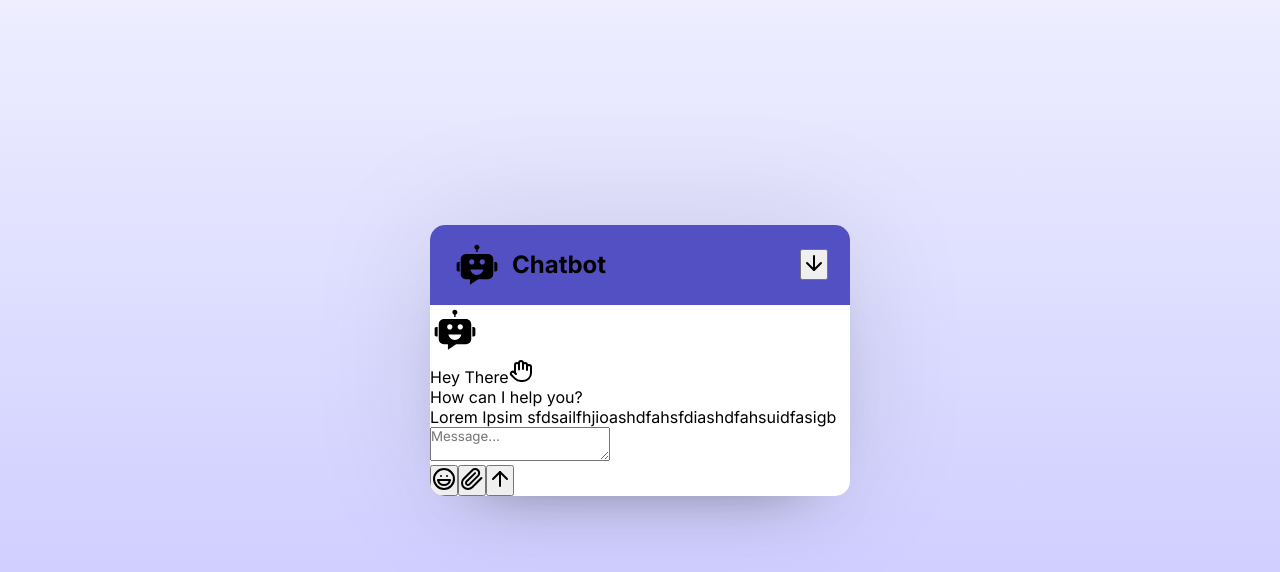
Repository: guilhermecardoso93/ai-bot
Page: /
These files come from the project's save history. The page is drawn as it stood at one moment and after the next save; the edit follows.
The browser window is 1280 px wide. The pictures show the whole page.
The project was rebuilt for these pictures with package versions that can differ from the ones it lists, and the page was loaded fresh each time. Also part of the build but not shown: vite.config.js.

Above is the page before, as saved 2024-11-11 20:17:44.

### index.html
<!doctype html>
<html lang="en">

<head>
    <meta charset="UTF-8" />
    <link rel="icon" type="image/svg+xml" href="/vite.svg" />
    <link rel="preconnect" href="https://fonts.googleapis.com">
    <link rel="preconnect" href="https://fonts.gstatic.com" crossorigin>
    <link href="https://fonts.googleapis.com/css2?family=Inter:ital,opsz,wght@0,14..32,100..900;1,14..32,100..900&family=Outfit:wght@100..900&display=swap" rel="stylesheet">
    <meta name="viewport" content="width=device-width, initial-scale=1.0" />
    <title>Ai ChatBot</title>
</head>

<body>
    <div id="root"></div>
    <script type="module" src="/src/main.jsx"></script>
</body>

</html>

### src/index.css
:root {
  font-synthesis: none;
  text-rendering: optimizeLegibility;
  -webkit-font-smoothing: antialiased;
  -moz-osx-font-smoothing: grayscale;
}

* {
  padding: 0;
  margin: 0;
  box-sizing: border-box;
  font-family: "Inter", serif;
  font-optical-sizing: auto;
  font-style: normal;
}

body {
  display: flex;
  align-items: center;
  justify-content: center;
  min-height: 100vh;
  background: linear-gradient(#eeeeff, #c8c7ff);
}

.chatbot-popup {
  width: 420px;
  background: #ffff;
  overflow: hidden;
  border-radius: 15px;
  box-shadow: 0 0 128px rgba(0, 0, 0, 0.1), 0 32px 64px -48px rgba(0, 0, 0, 0.5);
}

.chat-header {
  display: flex;
  align-items: center;
  background-color: #5350c4;
  padding: 15px 22px;
  justify-content: space-between;
}

.chat-header .header-info {
  display: flex;
  align-items: center;
  gap: 10px;
}

### src/App.jsx
import { Main } from "./components/Main";

export function App() {
  return (
    <>
      <Main />
    </>
  );
}

### src/components/Main.jsx
import { Hand, ArrowDown, Laugh, Paperclip, ArrowUp } from "lucide-react";
import Logo from "../assets/logo.svg";

export function Main() {
  return (
    <div className="chatbot-popup">
      {/* Header */}
      <div className="chat-header">
        <div className="header-info">
          <img src={Logo} alt="" className="logo"/>
          <h2 className="logo-text">Chatbot</h2>
        </div>
        <button className="material-symbols-rounded">
          <ArrowDown />
        </button>
      </div>

      {/* Body */}
      <div className="chat-body">
        <div className="message bot-message">
          <div className="message-text">
            <img src={Logo} alt="" />
            <p className="message-text">
              Hey There
              <Hand />
            </p>
            <p>How can I help you?</p>
          </div>
          <div className="message-user">
            <p className="message-text">
              Lorem Ipsim sfdsailfhjioashdfahsfdiashdfahsuidfasigb
            </p>
          </div>
        </div>
      </div>

      {/* Footer */}
      <div className="chat-footer">
        <form action="" className="chat-form">
          <textarea
            placeholder="Message..."
            className="message-input"
          ></textarea>
          <div className="chat-controls">
            <button type="button" className="material-symbols-rounded">
              <Laugh />
            </button>
            <button type="button" className="material-symbols-rounded">
              <Paperclip />
            </button>
            <button type="button" className="material-symbols-rounded">
              <ArrowUp />
            </button>
          </div>
        </form>
      </div>
    </div>
  );
}

Loaded but not shown: src/main.jsx (common file)

After the next save:
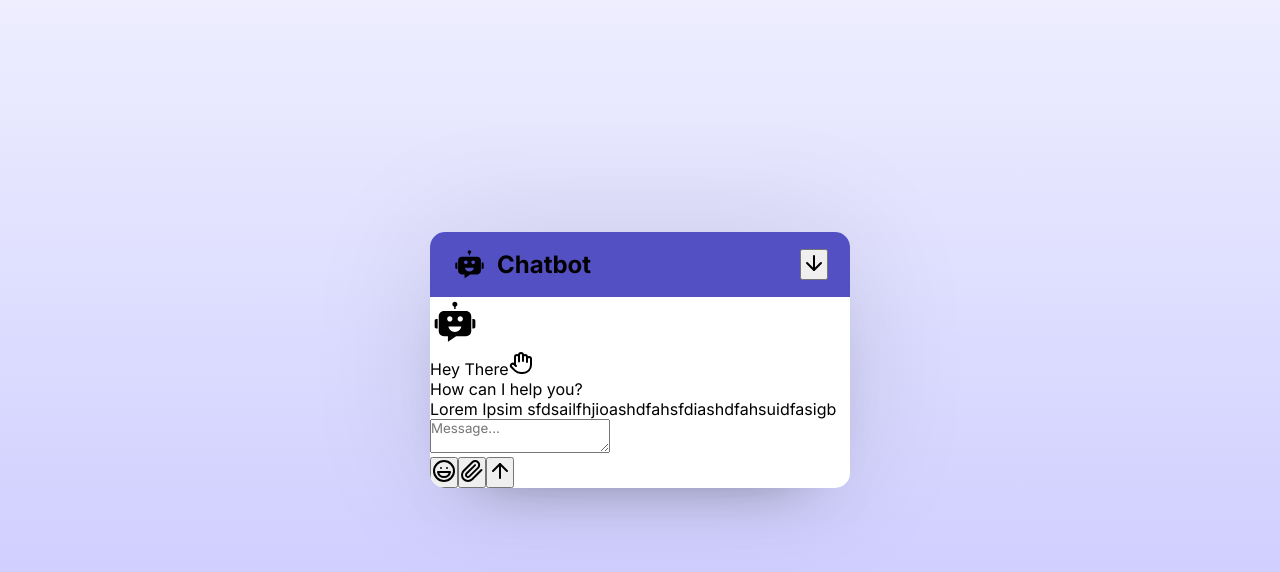
Saved 11 min 22 s later.
--- a/src/index.css
+++ b/src/index.css
@@ -43,3 +43,7 @@ body {
   align-items: center;
   gap: 10px;
 }
+
+.header-info .logo {
+  width: 35px;
+}
